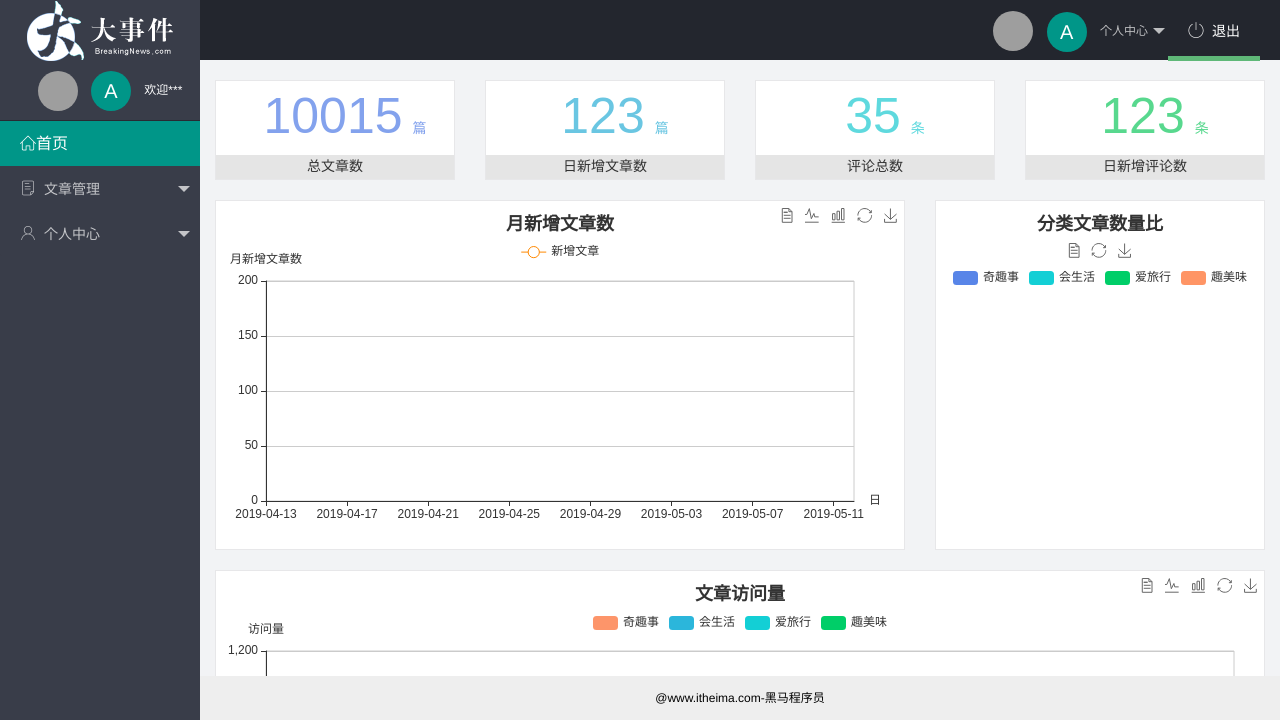
Repository: Janshen111/web_bigevent
Page: index.html
The author's editor kept a copy of each file at every save. The page is drawn from the files as they stood at one save, then again after the next save.
The browser window is 1280 px wide. The pictures show the whole page.
After loading, the first visible `#btnLogout` was clicked once.
Pictures or frames that could not be fetched are drawn as grey boxes. The page's requests for data from a server got no answer.

Above is the page before, as saved 2022-08-31 17:18:00.

### index.html
<!DOCTYPE html>
<html lang="en">

<head>
    <meta charset="UTF-8">
    <meta http-equiv="X-UA-Compatible" content="IE=edge">
    <meta name="viewport" content="width=device-width, initial-scale=1.0">
    <title>Document</title>
    <!-- 导入laYui的样式 -->
    <link rel="stylesheet" href="./assets/lib/layui/css/layui.css">
    <!-- 第三方图标样式表 -->
    <link rel="stylesheet" href="./assets/fonts/iconfont.css">
    <!-- 导入自己的样式表 -->
    <link rel="stylesheet" href="./assets/css/index.css">
    <script src=""></script>
</head>

<body>
    <div class="layui-layout layui-layout-admin">
        <div class="layui-header">
            <div class="layui-logo layui-hide-xs layui-bg-black">
                <img src="./assets/images/logo.png" alt="" />
            </div>
            <!-- 头部区域（可配合layui 已有的水平导航） -->
            <dl class="layui-nav-child">
                <dd><a href="">menu 11</a></dd>
                <dd><a href="">menu 22</a></dd>
                <dd><a href="">menu 33</a></dd>
            </dl>
            </li>
            </ul>
            <ul class="layui-nav layui-layout-right">
                <li class="layui-nav-item layui-hide layui-show-md-inline-block">
                    <a href="javascript:;" class="userinfo">
                        <img src="//tva1.sinaimg.cn/crop.0.0.118.118.180/5db11ff4gw1e77d3nqrv8j203b03cweg.jpg" class="layui-nav-img">
                        <span class="text-avatar">A</span> 个人中心
                    </a>
                    <dl class="layui-nav-child">
                        <dd><a href="">基本资料</a></dd>
                        <dd><a href="">更换头像</a></dd>
                        <dd><a href="">重置密码</a></dd>
                    </dl>
                </li>
                <li class="layui-nav-item">
                    <a href="javascript:;" id="btnLogout">
                        <span class="iconfont icon-tuichu"></span>退出
                    </a>
                </li>
            </ul>
        </div>

        <div class="layui-side layui-bg-black">
            <div class="layui-side-scroll">
                <div class="userinfo">
                    <img src="//tva1.sinaimg.cn/crop.0.0.118.118.180/5db11ff4gw1e77d3nqrv8j203b03cweg.jpg" class="layui-nav-img">
                    <span class="text-avatar">A</span>
                    <span id="welcome">欢迎***</span>
                </div>
                <!-- 左侧导航区域（可配合layui已有的垂直导航） -->
                <ul class="layui-nav layui-nav-tree " lay-shrink="all">
                    <li class="layui-nav-item layui-this">
                        <a href="./home/dashboard.html" target="fm" class="iconfont icon-home"></span>首页</a>
                    </li>
                    <!-- 默认展开layui-nav-itemed -->
                    <li class="layui-nav-item">
                        <a class="" href="javascript:;"><span class="iconfont icon-16"></span>文章管理</a>
                        <dl class="layui-nav-child">
                            <dd><a href="javascript:;"><i class="layui-icon layui-icon-app"></i>文章类别</a></dd>
                            <dd><a href="javascript:;"><i class="layui-icon layui-icon-app"></i>   文章列表</a></dd>
                            <dd><a href="javascript:;"><i class="layui-icon layui-icon-app"></i>   发布文章</a></dd>
                        </dl>
                    </li>
                    <li class="layui-nav-item">
                        <a href="javascript:;"><span class="iconfont icon-user"></span>个人中心</a>
                        <dl class="layui-nav-child">
                            <dd><a href="javascript:;"><i class="layui-icon layui-icon-app"></i>   基本资料</a></dd>
                            <dd><a href="javascript:;"><i class="layui-icon layui-icon-app"></i>   更换头像</a></dd>
                            <dd><a href="javascript:;"><i class="layui-icon layui-icon-app"></i>   重置密码</a></dd>
                        </dl>
                    </li>
                </ul>
            </div>
        </div>

        <div class="layui-body">
            <!-- 内容主体区域 -->
            <iframe src="/home/dashboard.html" name="fm" frameborder="0"></iframe>
        </div>

        <div class="layui-footer">
            <!-- 底部固定区域 -->
            @www.itheima.com-黑马程序员
        </div>
    </div>
    <!-- 导入laYui的JS文件 -->
    <script src="./assets/lib/layui/layui.all.js"></script>
    <!-- 导入jquery -->
    <script src="./assets/lib/jquery.js"></script>
    <!-- 导入自己封装的baseAPI.js -->
    <script src="./assets/js/baseAPI.js"></script>
    <!-- 导入自己的js -->
    <script src="./assets/js/index.js"></script>
</body>

</html>

### assets/css/index.css
.layui-footer {
    text-align: center;
    font-size: 12px;
}

.iconfont {
    margin-right: 8px;
}

.layui-icon {
    margin-right: 8px;
    margin-left: 20px;
}

iframe {
    width: 100%;
    height: 100%;
}


/* 解决内部有滚动条及显示不齐全的问题 */

.layui-body {
    overflow: hidden;
}


/* 左侧导航栏的 强制清除 cs3 transition动画的 */

a {
    transition: none!important;
}

.userinfo {
    height: 60px;
    line-height: 60px;
    text-align: center;
    font-size: 12px;
    /* 禁止内容被选中 */
    user-select: none;
}

.layui-side-scroll .userinfo {
    border-bottom: 1px solid #282b33;
}

.layui-nav-img {
    width: 40px;
    height: 40px;
}

.text-avatar {
    display: inline-block;
    width: 40px;
    height: 40px;
    background-color: #009688;
    border-radius: 50%;
    line-height: 40px;
    text-align: center;
    font-size: 20px;
    color: #fff;
    position: relative;
    top: 4px;
    margin-right: 10px;
}

### assets/js/baseAPI.js
//注意： 每次调用$.get() 或者$.post()的时候
//会调用 ajaxPrefilter这个函数
//在这个函数中，可以拿到我们给Ajax提供配置对象
$.ajaxPrefilter(function(options) {

    // 在发起真正的ajax请求之前，统一拼接请求的根路径
    options.url = 'http://www.liulongbin.top:3007' + options.url
        // console.log(options.url);

    // 统一为有权限的接口，配置headers请求头 '/my/' 才需要加headers请求头
    if (options.url.indexOf('/my/') !== -1) {

        options.headers = {
            // headers就是请求头配置对象
            headers: {
                Authorization: localStorage.getItem('token') || ''
            }
        }
    }

})

### assets/js/index.js
$(function() {

    //调用getUserInfo获取用户的基本信息
    getUserInfo()
    $('#btnLogout').on('click', function() {
        console.log('ok');
    })
})

//获取用户的基本信息
function getUserInfo() {
    $.ajax({
        method: 'GET',
        url: '/my/userinfo',
        // headers就是请求头配置对象
        // headers: {
        //     Authorization: localStorage.getItem('token') || ''
        // },
        success: function(res) {
            // console.log(res);
            if (res.status !== 0) {
                return layui.layer.msg('获取用户信息失败！')
            }
            //调用renderAvatar 渲染用户的头像
            renderAvatar(res.data)
        }
    })
}

//渲染用户的头像
function renderAvatar(user) {
    //1 获取用户的名称
    var name = user.nickname || user.username
        //2 设置欢迎的文本
    $('#welcome').html('欢迎&nbsp;&nbsp;' + name)
        //3 按需渲染用户的头像
    if (user.user_pic !== null) {
        //3.1渲染图片头像
        $('.layui-nav-img').attr('src', user.user_pic).show()
        $('.text-avatar').hide()
    } else {
        //3.2 渲染文本头像
        $('.layui-nav-img').hide()
            // 获取到第一个字符 转换成 大写
        var first = name[0].toUpperCase()
        $('.text-avatar').html(first).show()
    }
}

### home/dashboard.html
<!DOCTYPE html>
<html lang="en">

<head>
  <meta charset="UTF-8">
  <meta name="viewport" content="width=device-width, initial-scale=1.0">
  <meta http-equiv="X-UA-Compatible" content="ie=edge">
  <title>图表统计</title>
  <link rel="stylesheet" href="../assets/lib/bootstrap.css" />
  <link rel="stylesheet" href="../assets/lib/main.css" />
  <script src="../assets/lib/jquery.js"></script>
  <script type="text/javascript" src="../assets/lib/echarts.min.js"></script>
</head>

<body>
  <div class="container-fluid">
    <div class="row spannel_list">
      <div class="col-sm-3 col-xs-6">
        <div class="spannel">
          <em>10015</em><span>篇</span>
          <b>总文章数</b>
        </div>
      </div>
      <div class="col-sm-3 col-xs-6">
        <div class="spannel scolor01">
          <em>123</em><span>篇</span>
          <b>日新增文章数</b>
        </div>
      </div>
      <div class="col-sm-3 col-xs-6">
        <div class="spannel scolor02">
          <em>35</em><span>条</span>
          <b>评论总数</b>
        </div>
      </div>
      <div class="col-sm-3 col-xs-6">
        <div class="spannel scolor03">
          <em>123</em><span>条</span>
          <b>日新增评论数</b>
        </div>
      </div>
    </div>
  </div>

  <div class="container-fluid">
    <div class="row curve-pie">
      <div class="col-lg-8 col-md-8">
        <div class="gragh_pannel" id="curve_show"></div>
      </div>
      <div class="col-lg-4 col-md-4">
        <div class="gragh_pannel" id="pie_show"></div>
      </div>
    </div>
  </div>

  <div class="container-fluid">
    <div class="column_pannel" id="column_show"></div>
  </div>

  <script>
    var oChart = echarts.init(document.getElementById('curve_show'));
    var aList_all = [
      { 'count': 36, 'date': '2019-04-13' },
      { 'count': 52, 'date': '2019-04-14' },
      { 'count': 78, 'date': '2019-04-15' },
      { 'count': 85, 'date': '2019-04-16' },
      { 'count': 65, 'date': '2019-04-17' },
      { 'count': 72, 'date': '2019-04-18' },
      { 'count': 88, 'date': '2019-04-19' },
      { 'count': 64, 'date': '2019-04-20' },
      { 'count': 72, 'date': '2019-04-21' },
      { 'count': 90, 'date': '2019-04-22' },
      { 'count': 96, 'date': '2019-04-23' },
      { 'count': 100, 'date': '2019-04-24' },
      { 'count': 102, 'date': '2019-04-25' },
      { 'count': 110, 'date': '2019-04-26' },
      { 'count': 123, 'date': '2019-04-27' },
      { 'count': 100, 'date': '2019-04-28' },
      { 'count': 132, 'date': '2019-04-29' },
      { 'count': 146, 'date': '2019-04-30' },
      { 'count': 200, 'date': '2019-05-01' },
      { 'count': 180, 'date': '2019-05-02' },
      { 'count': 163, 'date': '2019-05-03' },
      { 'count': 110, 'date': '2019-05-04' },
      { 'count': 80, 'date': '2019-05-05' },
      { 'count': 82, 'date': '2019-05-06' },
      { 'count': 70, 'date': '2019-05-07' },
      { 'count': 65, 'date': '2019-05-08' },
      { 'count': 54, 'date': '2019-05-09' },
      { 'count': 40, 'date': '2019-05-10' },
      { 'count': 45, 'date': '2019-05-11' },
      { 'count': 38, 'date': '2019-05-12' },
    ];

    let aCount = [];
    let aDate = [];

    for (var i = 0; i < aList_all.length; i++) {
      aCount.push(aList_all[i].count);
      aDate.push(aList_all[i].date);
    }

    var chartopt = {
      title: {
        text: '月新增文章数',
        left: 'center',
        top: '10'
      },
      tooltip: {
        trigger: 'axis'
      },
      legend: {
        data: ['新增文章'],
        top: '40'
      },
      toolbox: {
        show: true,
        feature: {
          mark: { show: true },
          dataView: { show: true, readOnly: false },
          magicType: { show: true, type: ['line', 'bar'] },
          restore: { show: true },
          saveAsImage: { show: true }
        }
      },
      calculable: true,
      xAxis: [
        {
          name: '日',
          type: 'category',
          boundaryGap: false,
          data: aDate
        }
      ],
      yAxis: [
        {
          name: '月新增文章数',
          type: 'value'
        }
      ],
      series: [
        {
          name: '新增文章',
          type: 'line',
          smooth: true,
          itemStyle: { normal: { areaStyle: { type: 'default' }, color: '#f80' }, lineStyle: { color: '#f80' } },
          data: aCount
        }],
      areaStyle: {
        normal: {
          color: new echarts.graphic.LinearGradient(0, 0, 0, 1, [{
            offset: 0,
            color: 'rgba(255,136,0,0.39)'
          }, {
            offset: .34,
            color: 'rgba(255,180,0,0.25)'
          }, {
            offset: 1,
            color: 'rgba(255,222,0,0.00)'
          }])

        }
      },
      grid: {
        show: true,
        x: 50,
        x2: 50,
        y: 80,
        height: 220
      }
    };

    oChart.setOption(chartopt);


    var oPie = echarts.init(document.getElementById('pie_show'));
    var oPieopt =
    {
      title: {
        top: 10,
        text: '分类文章数量比',
        x: 'center'
      },
      tooltip: {
        trigger: 'item',
        formatter: "{a} <br/>{b} : {c} ({d}%)"
      },
      color: ['#5885e8', '#13cfd5', '#00ce68', '#ff9565'],
      legend: {
        x: 'center',
        top: 65,
        data: ['奇趣事', '会生活', '爱旅行', '趣美味']
      },
      toolbox: {
        show: true,
        x: 'center',
        top: 35,
        feature: {
          mark: { show: true },
          dataView: { show: true, readOnly: false },
          magicType: {
            show: true,
            type: ['pie', 'funnel'],
            option: {
              funnel: {
                x: '25%',
                width: '50%',
                funnelAlign: 'left',
                max: 1548
              }
            }
          },
          restore: { show: true },
          saveAsImage: { show: true }
        }
      },
      calculable: true,
      series: [
        {
          name: '访问来源',
          type: 'pie',
          radius: ['45%', '60%'],
          center: ['50%', '65%'],
          data: [
            { value: 300, name: '奇趣事' },
            { value: 100, name: '会生活' },
            { value: 260, name: '爱旅行' },
            { value: 180, name: '趣美味' }
          ]
        }
      ]
    };
    oPie.setOption(oPieopt);



    var oColumn = this.echarts.init(document.getElementById('column_show'));
    var oColumnopt =
    {
      title: {
        text: '文章访问量',
        left: 'center',
        top: '10'
      },
      tooltip: {
        trigger: 'axis'
      },
      legend: {
        data: ['奇趣事', '会生活', '爱旅行', '趣美味'],
        top: '40'
      },
      toolbox: {
        show: true,
        feature: {
          mark: { show: true },
          dataView: { show: true, readOnly: false },
          magicType: { show: true, type: ['line', 'bar'] },
          restore: { show: true },
          saveAsImage: { show: true }
        }
      },
      calculable: true,
      xAxis: [
        {
          type: 'category',
          data: ['1月', '2月', '3月', '4月', '5月']
        }
      ],
      yAxis: [
        {
          name: '访问量',
          type: 'value'
        }
      ],
      series: [
        {
          name: '奇趣事',
          type: 'bar',
          barWidth: 20,
          itemStyle: {
            normal: { areaStyle: { type: 'default' }, color: '#fd956a' }
          },
          data: [800, 708, 920, 1090, 1200]
        },
        {
          name: '会生活',
          type: 'bar',
          barWidth: 20,
          itemStyle: {
            normal: { areaStyle: { type: 'default' }, color: '#2bb6db' }
          },
          data: [400, 468, 520, 690, 800]
        },
        {
          name: '爱旅行',
          type: 'bar',
          barWidth: 20,
          itemStyle: {
            normal: { areaStyle: { type: 'default' }, color: '#13cfd5' }
          },
          data: [500, 668, 520, 790, 900]
        },
        {
          name: '趣美味',
          type: 'bar',
          barWidth: 20,
          itemStyle: {
            normal: { areaStyle: { type: 'default' }, color: '#00ce68' }
          },
          data: [600, 508, 720, 890, 1000]
        }
      ],
      grid: {
        show: true,
        x: 50,
        x2: 30,
        y: 80,
        height: 260
      },
      dataZoom: [//给x轴设置滚动条
        {
          start: 0,//默认为0
          end: 100 - 1000 / 31,//默认为100
          type: 'slider',
          show: true,
          xAxisIndex: [0],
          handleSize: 0,//滑动条的 左右2个滑动条的大小
          height: 8,//组件高度
          left: 45, //左边的距离
          right: 50,//右边的距离
          bottom: 26,//右边的距离
          handleColor: '#ddd',//h滑动图标的颜色
          handleStyle: {
            borderColor: "#cacaca",
            borderWidth: "1",
            shadowBlur: 2,
            background: "#ddd",
            shadowColor: "#ddd",
          }
        }]
    };
    oColumn.setOption(oColumnopt);
  </script>
</body>

</html>

Loaded but not shown: assets/lib/layui/css/layui.css (library); assets/fonts/iconfont.css (common file); assets/lib/layui/layui.all.js (library); assets/lib/jquery.js (library); assets/lib/bootstrap.css (library); assets/lib/main.css (library); assets/lib/echarts.min.js (library); assets/lib/layui/css/modules/laydate/default/laydate.css (library); assets/lib/layui/css/modules/layer/default/layer.css (library); assets/lib/layui/css/modules/code.css (common file)

After the next save:
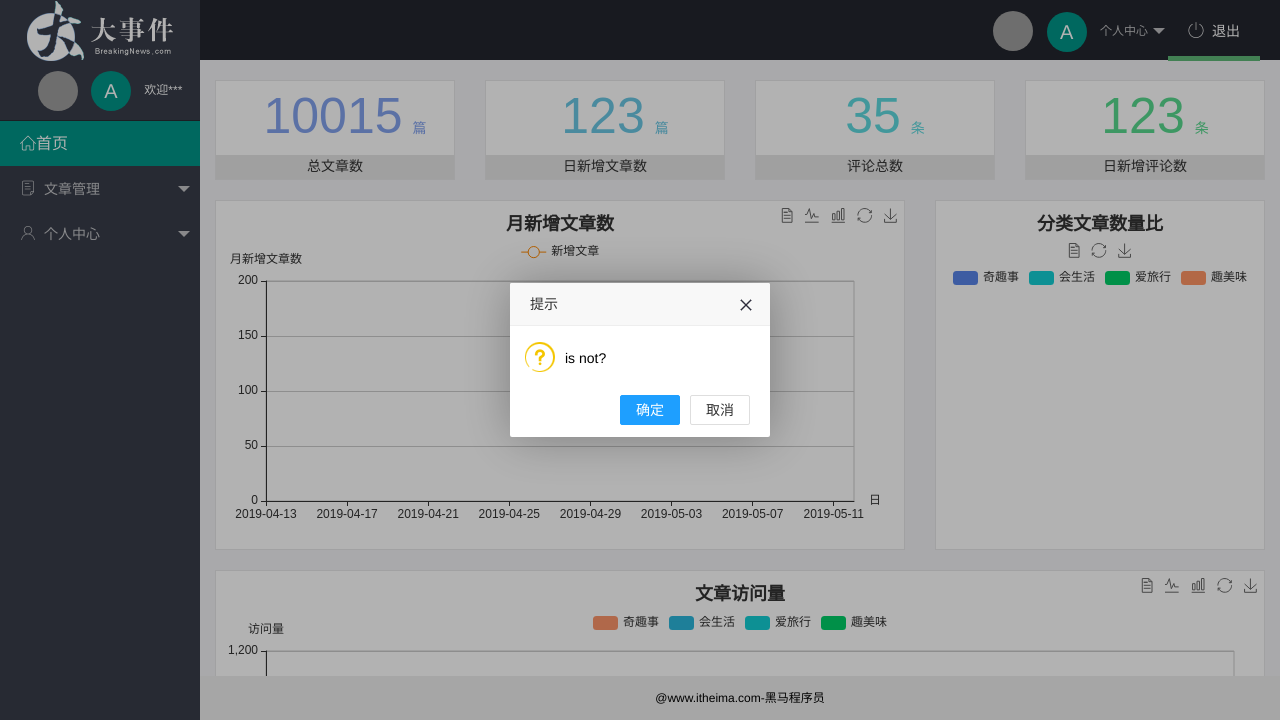
Saved 3 min 46 s later.
--- a/assets/js/index.js
+++ b/assets/js/index.js
@@ -3,7 +3,14 @@ $(function() {
     //调用getUserInfo获取用户的基本信息
     getUserInfo()
     $('#btnLogout').on('click', function() {
-        console.log('ok');
+        // console.log('ok');
+        // 提示用户是否确认退出
+        var layer = layui.layer
+        layui.layer.confirm('is not?', { icon: 3, title: '提示' }, function(index) {
+            //do something
+
+            layer.close(index);
+        });
     })
 })
 
